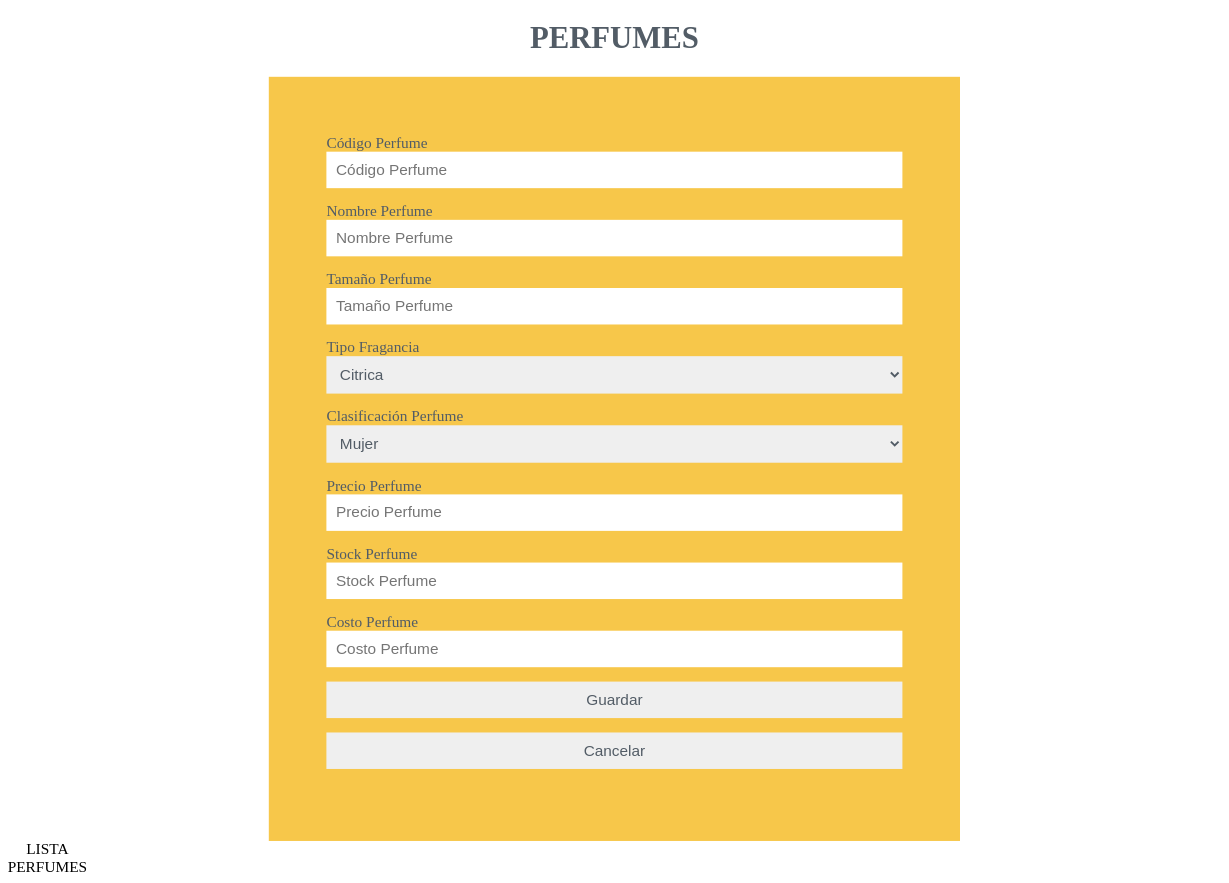
Repository: alejamorenovallejo/arosmile
Page: perfume.html
These files come from the project's save history. The page is drawn as it stood at one moment and after the next save; the edit follows.
The browser window is 1280 px wide. The pictures show the whole page, at 96% of full size.

Above is the page before, as saved 2021-09-12 02:45:46.
Not found: main.js

After the next save:
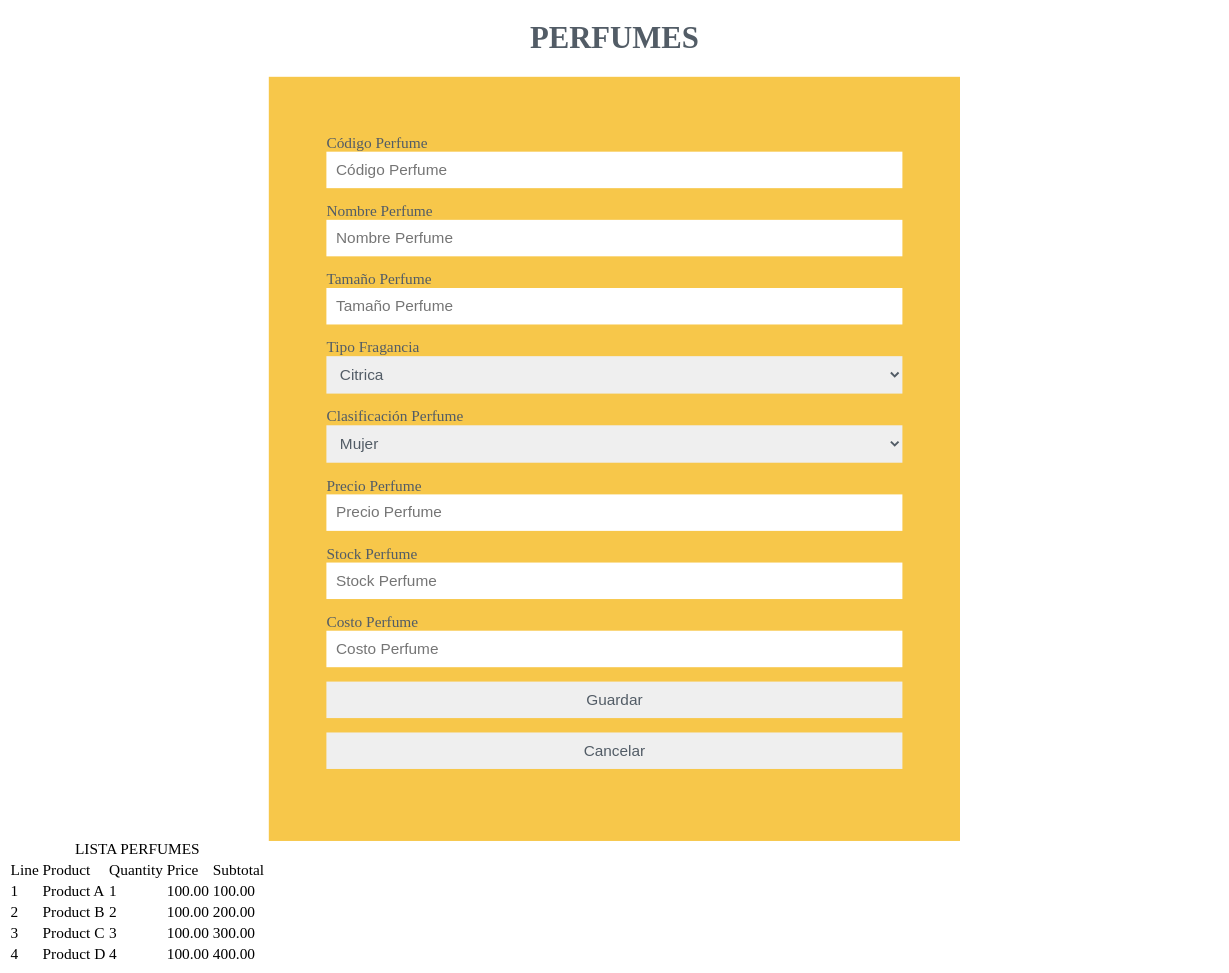
Saved 52 s later.
--- a/perfume.html
+++ b/perfume.html
@@ -110,8 +110,45 @@
         <table>
             <caption>LISTA PERFUMES</caption>
             <thead>
+                <tr>
+                    <td>Line</td>
+                    <td>Product</td>
+                    <td>Quantity</td>
+                    <td>Price</td>
+                    <td>Subtotal</td>
+                </tr>
+            </thead>
+            <tbody>
+                <tr>
+                    <td>1</td>
+                    <td>Product A</td>
+                    <td data-type="number">1</td>
+                    <td data-type="number">100.00</td>
+                    <td data-type="number">100.00</td>
+                </tr>
+                <tr>
+                    <td>2</td>
+                    <td>Product B</td>
+                    <td data-type="number">2</td>
+                    <td data-type="number">100.00</td>
+                    <td data-type="number">200.00</td>
+                </tr>
+                <tr>
+                    <td>3</td>
+                    <td>Product C</td>
+                    <td data-type="number">3</td>
+                    <td data-type="number">100.00</td>
+                    <td data-type="number">300.00</td>
+                </tr>
+                <tr>
+                    <td>4</td>
+                    <td>Product D</td>
+                    <td data-type="number">4</td>
+                    <td data-type="number">100.00</td>
+                    <td data-type="number">400.00</td>
+                </tr>
+            </tbody>
 
-            </thead>
         </table>
     </main>
   </body>
